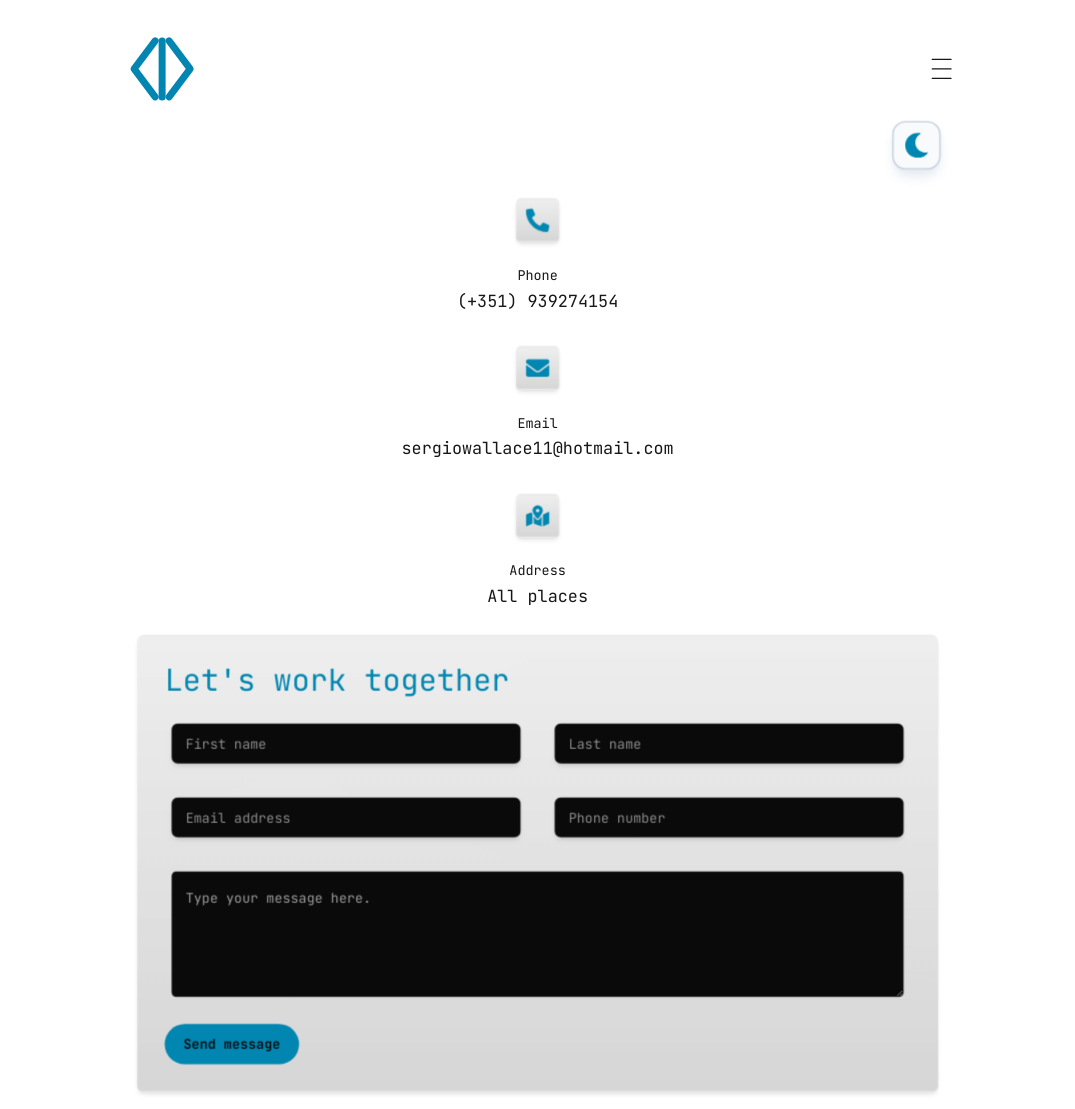
Repository: sergioscker/sergio-portfolio
Page: /contact
An editor plug-in stored every save of this project. The page is shown before and after the next save, followed by the edit.
The browser window is 1280 px wide. The pictures show the whole page, at 84% of full size.
The project was rebuilt for these pictures with package versions that can differ from the ones it lists, and the page was loaded fresh each time. The framework's server and built-in components were replaced by stand-ins that run in the browser. Also part of the build but not shown: next.config.mjs.

Above is the page before, as saved 2025-05-19 21:22:07.

### app/layout.jsx
// fonts
import { JetBrains_Mono } from 'next/font/google';
import './globals.css';

//components
import PageTransition from '@/components/PageTransition';

// import StairTransition from '@/components/StairTransition';
import { Header } from '@/components/Header';
import ThemeSwitcher from '@/components/ThemeSwitcher';
import ThemeProviderWrapper from '@/components/ThemeProvider';
import ClientOnly from '@/components/ClientOnly';

// fonts style
const jetBrainsMono = JetBrains_Mono({
  subsets: ['latin'],
  variable: '--font-jetbrainsMono',
  weight: ['100', '200', '300', '400', '500', '600', '700', '800'],
  display: 'swap',
});

// SEO
export const metadata = {
  title: 'Sérgio Oliveira | Fullstack Developer',
  description:
    'Portfólio profissional de Sérgio Oliveira, desenvolvedor web fullstack especializado em JavaScript, React, Node.js, TypeScript e Next.js. Veja projetos de alta performance e design moderno.',
  keywords:
    'Sérgio Oliveira, Sergio Oliveira portfolio, desenvolvedor web, fullstack developer, frontend, JavaScript, React, Nextjs, Nodejs, TypeScript, projetos web',
  openGraph: {
    title: 'Portfólio | Sérgio Oliveira',
    description:
      'Explore os projetos desenvolvidos por Sérgio Oliveira: soluções modernas em React, Node.js, e mais.',

    url: 'https://sergioliveira-portfolio.vercel.app',
    type: 'website',
  },
  robots: {
    index: true,
    follow: true,
    nocache: false,
    googleBot: {
      index: true,
      follow: true,
    },
  },
};

export default function RootLayout({ children }) {
  return (
    <html lang="en">
      <head>
        <meta
          name="google-site-verification"
          content="S4CLoUW9Lhz9BwQGpCYQw1kK9LWIxFI2aWJaFR9xZfc"
        />
      </head>

      <body className={`${jetBrainsMono.variable}  antialiased`}>
        <ClientOnly>
          <ThemeProviderWrapper>
            <Header />

            <ThemeSwitcher />

            <PageTransition>{children}</PageTransition>
          </ThemeProviderWrapper>
        </ClientOnly>
      </body>
    </html>
  );
}

### app/contact/page.jsx
'use client';

import { useState } from 'react';

// validations
import * as yup from 'yup';
import { yupResolver } from '@hookform/resolvers/yup';

// animations
import { motion } from 'framer-motion';
import { toast, ToastContainer } from 'react-toastify';
import 'react-toastify/dist/ReactToastify.css';

// navigation
import Link from 'next/link';
import { useRouter } from 'next/navigation';
import { useForm } from 'react-hook-form';

//components
import { Button } from '@/components/ui/button';
import { Input } from '@/components/ui/input';
import { Textarea } from '@/components/ui/textarea';

//icons
import { FaPhoneAlt, FaEnvelope, FaMapMarkedAlt } from 'react-icons/fa';

// api emailJS
import emailjs from '@emailjs/browser';

// contact options
const info = [
  {
    icon: (
      <Link
        href="https://wa.link/up0k32"
        target="_blank"
        rel="noopener noreferrer"
      >
        <FaPhoneAlt />
      </Link>
    ),
    title: 'Phone',
    description: '(+351) 939274154',
  },
  {
    icon: (
      <Link
        href="mailto:sergiowallace11@hotmail.com"
        target="_blank"
        rel="noopener noreferrer"
      >
        <FaEnvelope />
      </Link>
    ),
    title: 'Email',
    description: 'sergiowallace11@hotmail.com',
  },
  {
    icon: <FaMapMarkedAlt />,
    title: 'Address',
    description: 'All places',
  },
];

const Contact = () => {
  const [formData, setFormData] = useState({
    firstName: '',
    lastName: '',
    email: '',
    phoneNumber: '',
    message: '',
  });

  const router = useRouter();

  const [loading, setLoading] = useState(false);

  const handleChange = (data) => {
    setFormData({ ...formData, [data.target.name]: data.target.value });
  };

  // validation form
  const schema = yup.object({
    firstName: yup.string('firstname is required field').required(),
    lastName: yup.string('lastname is required field').required(),
    email: yup.string().email('email is required field').required(),
    phoneNumber: yup.string('phone number is required field').required(),
    message: yup.string('message is required field').required(),
  });

  const {
    register,
    handleSubmit,
    formState: { errors },
  } = useForm({
    resolver: yupResolver(schema),
  });

  // submit form
  const onSubmitForm = async () => {
    setLoading(true);

    const serviceID = process.env.NEXT_PUBLIC_EMAILJS_SERVICE_ID;
    const templateID = process.env.NEXT_PUBLIC_EMAILJS_TEMPLATE_ID;

    const templateParams = {
      to_name: 'Sergio',
      from_name: `${formData.firstName} ${formData.lastName}`,
      email: formData.email,
      phone_number: formData.phoneNumber,
      message: formData.message,
    };

    emailjs.init(process.env.NEXT_PUBLIC_EMAILJS_USER_ID);

    await toast.promise(
      emailjs.send(serviceID, templateID, templateParams),

      {
        pending: 'Sending your message...',
        success: {
          render() {
            setTimeout(() => {
              router.push('/');
            }, 2000);
            return 'Message sent successfully!';
          },
        },
        error: 'Message failed! Please try again.',
      },
    );

    // reset form
    setFormData({
      firstName: '',
      lastName: '',
      email: '',
      phoneNumber: '',
      message: '',
    });

    setLoading(false);
  };

  return (
    <>
      <motion.section
        initial={{ opacity: 0 }}
        animate={{
          opacity: 1,
          transition: { delay: 2.4, duration: 0.4, ease: 'easeIn' },
        }}
        className="px-5"
      >
        <div className="container mx-auto">
          <div className="flex flex-col p-5 mt-8 xl:flex-row justify-around">
            {/* form */}
            <div className="order-2 xl:order-none">
              <form
                className="flex flex-col gap-6 p-8  bg-gradient-to-b from-[#8c8c8c25] to-[#3d3d3d36] backdrop-blur-[4px] border border-white/10 rounded-lg shadow-md"
                onSubmit={handleSubmit(onSubmitForm)}
              >
                <h3 className="text-4xl text-accent">Let's work together</h3>

                {/* input container */}
                <div className="grid grid-cols-1 md:grid-cols-2 gap-6">
                  {/* Name input */}
                  <div className="flex flex-col justify-center p-2">
                    <Input
                      type="text"
                      name="name"
                      {...register('firstName')}
                      className="text-white border border-white/10 rounded-lg shadow-md"
                      placeholder="First name"
                      value={formData.firstName}
                      onChange={handleChange}
                    />

                    {errors.firstName && (
                      <p className="text-red-500 text-sm mt-1 ml-4">
                        {errors.firstName.message}
                      </p>
                    )}
                  </div>

                  {/* lastName input */}
                  <div className="flex flex-col justify-center p-2">
                    <Input
                      type="text"
                      name="lastName"
                      {...register('lastName')}
                      className="text-white border border-white/10 rounded-lg shadow-md"
                      placeholder="Last name"
                      value={formData.lastName}
                      onChange={handleChange}
                    />

                    {errors.lastName && (
                      <p className="text-red-500 text-sm mt-1 ml-4">
                        {errors.lastName.message}
                      </p>
                    )}
                  </div>

                  {/* email input */}
                  <div className="flex flex-col justify-center p-2">
                    <Input
                      type="email"
                      name="email"
                      {...register('email')}
                      className="text-white border border-white/10 rounded-lg shadow-md"
                      placeholder="Email address"
                      value={formData.email}
                      onChange={handleChange}
                    />

                    {errors.email && (
                      <p className="text-red-500 text-sm mt-1 ml-4">
                        {errors.email.message}
                      </p>
                    )}
                  </div>

                  {/* phoneNumber input */}
                  <div className="flex flex-col justify-center p-2">
                    <Input
                      type="number"
                      name="phoneNumber"
                      {...register('phoneNumber')}
                      className="text-white border border-white/10 rounded-lg shadow-md"
                      placeholder="Phone number"
                      value={formData.phoneNumber}
                      onChange={handleChange}
                    />

                    {errors.phoneNumber && (
                      <p className="text-red-500 text-sm mt-1 ml-4">
                        {errors.phoneNumber.message}
                      </p>
                    )}
                  </div>
                </div>

                {/* text area */}
                <div className="flex flex-col justify-center p-2">
                  <Textarea
                    name="message"
                    {...register('message')}
                    className="h-[150px] text-white"
                    placeholder="Type your message here."
                    value={formData.message}
                    onChange={handleChange}
                  />
                  {errors.message && (
                    <p className="text-red-500 text-sm mt-1 ml-4">
                      {errors.message.message}
                    </p>
                  )}
                </div>

                {/* submit button */}
                <Button
                  type="submit"
                  size="md"
                  className="max-w-40"
                  disabled={loading}
                >
                  {loading ? 'Sending...' : 'Send message'}
                </Button>
              </form>
            </div>

            {/* information */}
            <div className="flex items-center justify-center order-1 xl:order-none mb-8 xl:mb-0 pt-5 overflow-x-hidden">
              <ul className="flex flex-col gap-10">
                {info.map((item, index) => (
                  <li
                    key={index}
                    className="flex flex-col xl:flex-row items-center gap-6"
                  >
                    <div
                      className="w-[52px] h-[52px] xl:w-[72px] xl:h-[72px]
                       bg-gradient-to-b from-[#8c8c8c25] to-[#3d3d3d36] backdrop-blur-[4px] border border-white/10  shadow-md text-accent rounded-md flex items-center justify-center"
                    >
                      <div className="text-[28px]">{item.icon}</div>
                    </div>

                    <div className="flex-1">
                      <p className="dark:text-white/60 text-center">
                        {item.title}
                      </p>

                      <h3 className="text-xl text-center">
                        {item.description}
                      </h3>
                    </div>
                  </li>
                ))}
              </ul>
            </div>
          </div>
        </div>
      </motion.section>

      {/* notifications */}
      <ToastContainer
        autoClose={2000}
        pauseOnHover
        theme="colored"
        position="top-right"
        draggable
      />
    </>
  );
};

export default Contact;

### app/globals.css
@tailwind base;
@tailwind components;
@tailwind utilities;

@layer base {
  body {
    @apply font-primary bg-white text-neutral-900 leading-loose;
    @apply dark:bg-primary dark:text-white leading-loose;
    font-family: var(--font-jetbrainsMono);
  }

  .h1 {
    @apply text-[48px] xl:text-[80px] leading-[1.1] font-semibold;
  }

  .h2 {
    @apply text-[36px] xl:text-[48px] leading-[1.1] font-semibold;
  }

  .h3 {
    @apply text-[20px] xl:text-[32px] leading-[1.1] font-semibold;
  }
}

/* Estilos personalizados */
.text-outline {
  -webkit-text-stroke: 1px #ffffff;
}

.text-outline-hover {
  -webkit-text-stroke: 1px #4a8fff;
}

### components/PageTransition.jsx
'use client';

import { AnimatePresence, motion } from 'framer-motion';
import { usePathname } from 'next/navigation';

const PageTransition = ({ children }) => {
  const pathname = usePathname();

  return (
    <AnimatePresence>
      <div key={pathname}>
        <motion.div
          initial={{ opacity: 1 }}
          animate={{
            opacity: 0,
            transition: { delay: 1, duration: 0.4, ease: 'easeInOut' },
          }}
          className="h-screen w-screen fixed bg-primary top-0 pointer-events-none"
        />
        {children}
      </div>
    </AnimatePresence>
  );
};

export default PageTransition;

### components/Header.jsx
import Link from 'next/link';
import { Button } from './ui/button';

//components
import Nav from './Nav';
import MobileNav from './MobileNav';
import Image from 'next/image';

export const Header = () => {
  return (
    <header className="py-8 xl:py-14 dark:text-white">
      <div className="container mx-auto flex justify-between items-center">
        {/* logo */}
        <Link href="/">
          <Image
            src="/assets/icon.svg"
            alt="icon"
            priority
            quality={100}
            width={100}
            height={100}
            draggable="false"
          />
        </Link>

        {/* desktop nav & hire me button */}
        <div className="hidden xl:flex items-center gap-8">
          <Nav />
          <Link href="/contact">
            <Button>Hire me</Button>
          </Link>
        </div>

        {/* mobile nav */}
        <div className="xl:hidden">
          <MobileNav />
        </div>
      </div>
    </header>
  );
};

### components/ThemeSwitcher.jsx
'use client';

import { useTheme } from 'next-themes';
import { FaSun, FaMoon } from 'react-icons/fa';

export default function ThemeSwitcher() {
  const { theme, setTheme } = useTheme();

  return (
    <button
      className="dark:bg-neutral-900 bg-slate-50 hover:text-accent-hover text-accent fixed right-3
    lg:right-40 top-[6.1rem] md:top-36 p-3 border-2 hover:border-slate-400 border-slate-300
     dark:border-neutral-800 dark:hover:border-neutral-500
     rounded-2xl shadow-lg dark:shadow-black shadow-slate-200
     transition delay-100 ease-linear z-40"
      onClick={() => setTheme(theme === 'dark' ? 'light' : 'dark')}
    >
      {theme === 'dark' ? <FaSun size={30} /> : <FaMoon size={30} />}
    </button>
  );
}

### components/ThemeProvider.jsx
'use client';

import { ThemeProvider } from 'next-themes';

export default function ThemeProviderWrapper({ children }) {
  return <ThemeProvider attribute="class">{children}</ThemeProvider>;
}

### components/ClientOnly.jsx
'use client';

import { useEffect, useState } from 'react';

export default function ClientOnly({ children }) {
  const [hasMounted, setHasMounted] = useState(false);

  useEffect(() => {
    setHasMounted(true);
  }, []);

  if (!hasMounted) {
    return null;
  }

  return <>{children}</>;
}

### components/ui/button.jsx
import * as React from 'react';
import { Slot } from '@radix-ui/react-slot';
import { cva } from 'class-variance-authority';

import { cn } from '@/lib/utils';

const buttonVariants = cva(
  `inline-flex items-center justify-center whitespace-nowrap rounded-full text-base
  font-semibold ring-offset-white transition-colors`,

  {
    variants: {
      variant: {
        default: 'bg-accent text-primary hover:bg-accent-hover ',
        primary: 'bg-primary text-white',
        outline:
          'border border-accent bg-transparent text-accent hover:bg-accent hover:text-primary',
      },
      size: {
        default: 'h-[44px] px-6',
        md: 'h-[48px] px-6',
        lg: 'h-[56px] px-8 text-sm uppercase tracking-[2px]',
      },
    },
    defaultVariants: {
      variant: 'default',
      size: 'default',
    },
  },
);

const Button = React.forwardRef(
  ({ className, variant, size, asChild = false, ...props }, ref) => {
    const Comp = asChild ? Slot : 'button';
    return (
      <Comp
        className={cn(buttonVariants({ variant, size, className }))}
        ref={ref}
        {...props}
      />
    );
  },
);
Button.displayName = 'Button';

export { Button, buttonVariants };

### components/ui/input.jsx
import * as React from 'react';

import { cn } from '@/lib/utils';

const Input = React.forwardRef(({ className, type, ...props }, ref) => {
  return (
    <input
      type={type}
      className={cn(
        'flex h-[48px] rounded-full border border-white/10 focus:border-accent font-light bg-primary px-4 py-5 text-base placeholder:text-white/60 outline-none',
        className,
      )}
      ref={ref}
      {...props}
    />
  );
});
Input.displayName = 'Input';

export { Input };

### components/ui/textarea.jsx
import * as React from 'react';

import { cn } from '@/lib/utils';

const Textarea = React.forwardRef(({ className, ...props }, ref) => {
  return (
    <textarea
      className={cn(
        'flex  min-h-[80px] w-full rounded-md border border-white/10 bg-primary px-4 py-5 text-base placeholder:text-white/60 focus-visible:outline-none focus-visible:ring-1 focus-visible:ring-accent focus-visible:ring-offset-0 disabled:cursor-not-allowed disabled:opacity-50',
        className,
      )}
      ref={ref}
      {...props}
    />
  );
});
Textarea.displayName = 'Textarea';

export { Textarea };

### components/Nav.jsx
'use client';

import Link from 'next/link';
import { usePathname } from 'next/navigation';

const links = [
  {
    name: 'home',
    path: '/',
  },
  {
    name: 'services',
    path: '/services',
  },
  {
    name: 'resume',
    path: '/resume',
  },
  {
    name: 'work',
    path: '/work',
  },
  {
    name: 'contact',
    path: '/contact',
  },
];

const Nav = () => {
  const pathname = usePathname();

  return (
    <nav className="flex gap-8">
      {links.map((link, index) => {
        return (
          <Link
            href={link.path}
            key={index}
            className={`${
              link.path === pathname && 'text-accent border-b-2 border-accent'
            } capitalize font-medium hover:text-accent-hover transition-all`}
          >
            {link.name}
          </Link>
        );
      })}
    </nav>
  );
};

export default Nav;

### components/MobileNav.jsx
'use client';

import { useState } from 'react';

import Link from 'next/link';

import {
  Sheet,
  SheetContent,
  SheetTitle,
  SheetTrigger,
} from '@/components/ui/sheet';

import { usePathname } from 'next/navigation';

import { CiMenuBurger } from 'react-icons/ci';

import { VisuallyHidden } from '@reach/visually-hidden';

import Image from 'next/image';

const links = [
  { name: 'home', path: '/' },
  { name: 'services', path: '/services' },
  { name: 'resume', path: '/resume' },
  { name: 'work', path: '/work' },
  { name: 'contact', path: '/contact' },
];

const MobileNav = () => {
  const pathname = usePathname();

  const [isOpen, setIsOpen] = useState(false);

  return (
    <Sheet open={isOpen} onOpenChange={setIsOpen}>
      <SheetTrigger
        className="flex justify-center items-center"
        onClick={() => setIsOpen(!isOpen)}
      >
        <CiMenuBurger className="text-[32px] dark:text-accent" />
      </SheetTrigger>

      <SheetContent aria-describedby="dialog-title">
        {/* Title hidden for accessibility */}
        <SheetTitle id="dialog-title">
          <VisuallyHidden>Navigation Menu</VisuallyHidden>
        </SheetTitle>

        {/* logo */}
        <div className="flex items-center justify-center mt-28 pb-5">
          <Link href="/">
            <Image
              src="/assets/icon.svg"
              alt="icon"
              priority
              quality={100}
              width={80}
              height={80}
              className="object-contain"
              draggable="false"
            />
          </Link>
        </div>

        {/* nav */}
        <nav className="flex flex-col justify-center items-center gap-6 mt-10">
          {links.map((link, index) => {
            return (
              <Link
                href={link.path}
                key={index}
                onClick={() => setIsOpen(false)}
                className={`${
                  link.path === pathname &&
                  'text-accent border-b-2 border-accent'
                } text-xl capitalize hover:text-accent-hover transition-all`}
              >
                {link.name}
              </Link>
            );
          })}
        </nav>
      </SheetContent>
    </Sheet>
  );
};

export default MobileNav;

Loaded but not shown: lib/utils.js (common file); tailwind.config.js (40 lines, source omitted); components/ui/sheet.jsx (122 lines, source omitted)

After the next save:
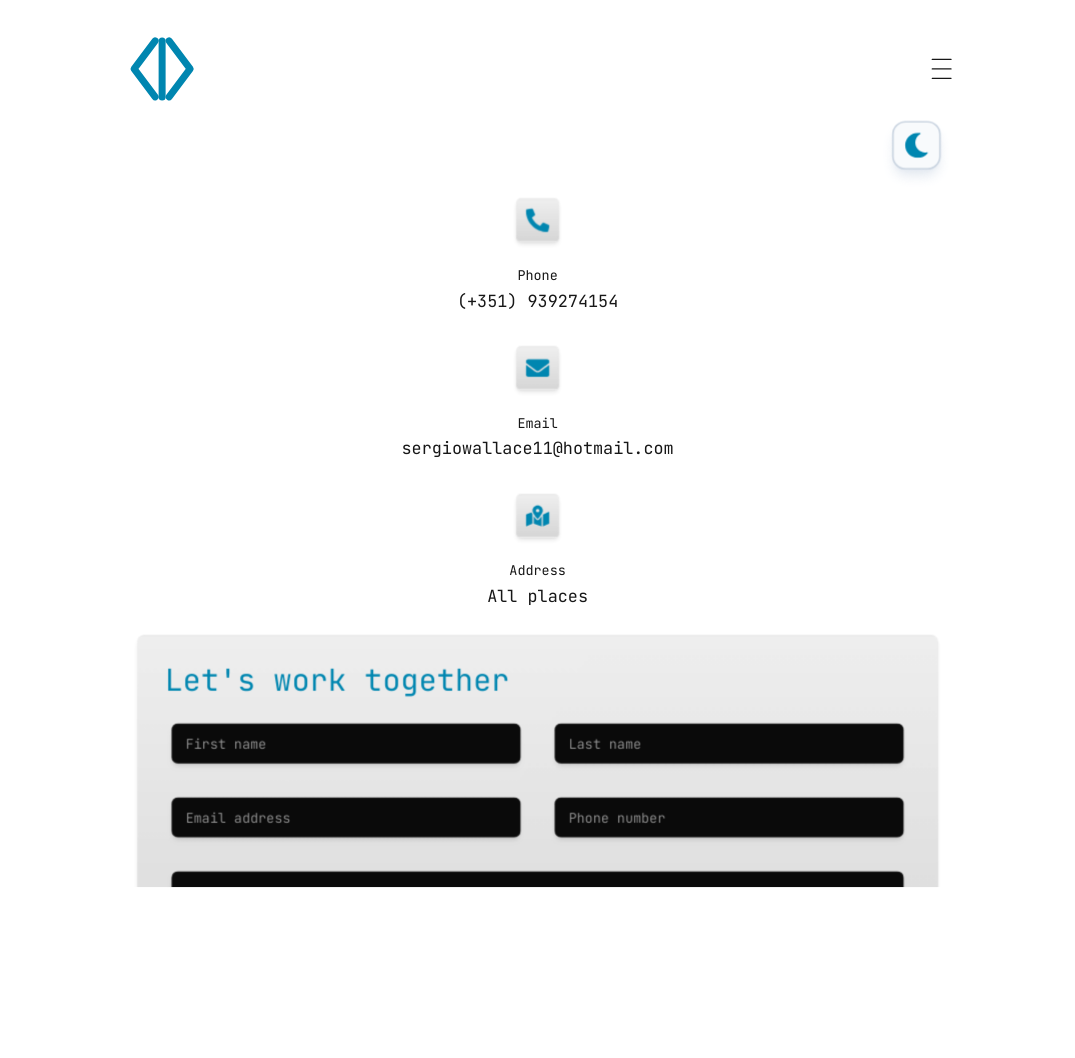
Saved 8 s later.
--- a/app/contact/page.jsx
+++ b/app/contact/page.jsx
@@ -246,7 +246,7 @@ const Contact = () => {
                   <Textarea
                     name="message"
                     {...register('message')}
-                    className="h-[150px] text-white"
+                      className="text-white border border-white/10 rounded-lg shadow-md"
                     placeholder="Type your message here."
                     value={formData.message}
                     onChange={handleChange}
